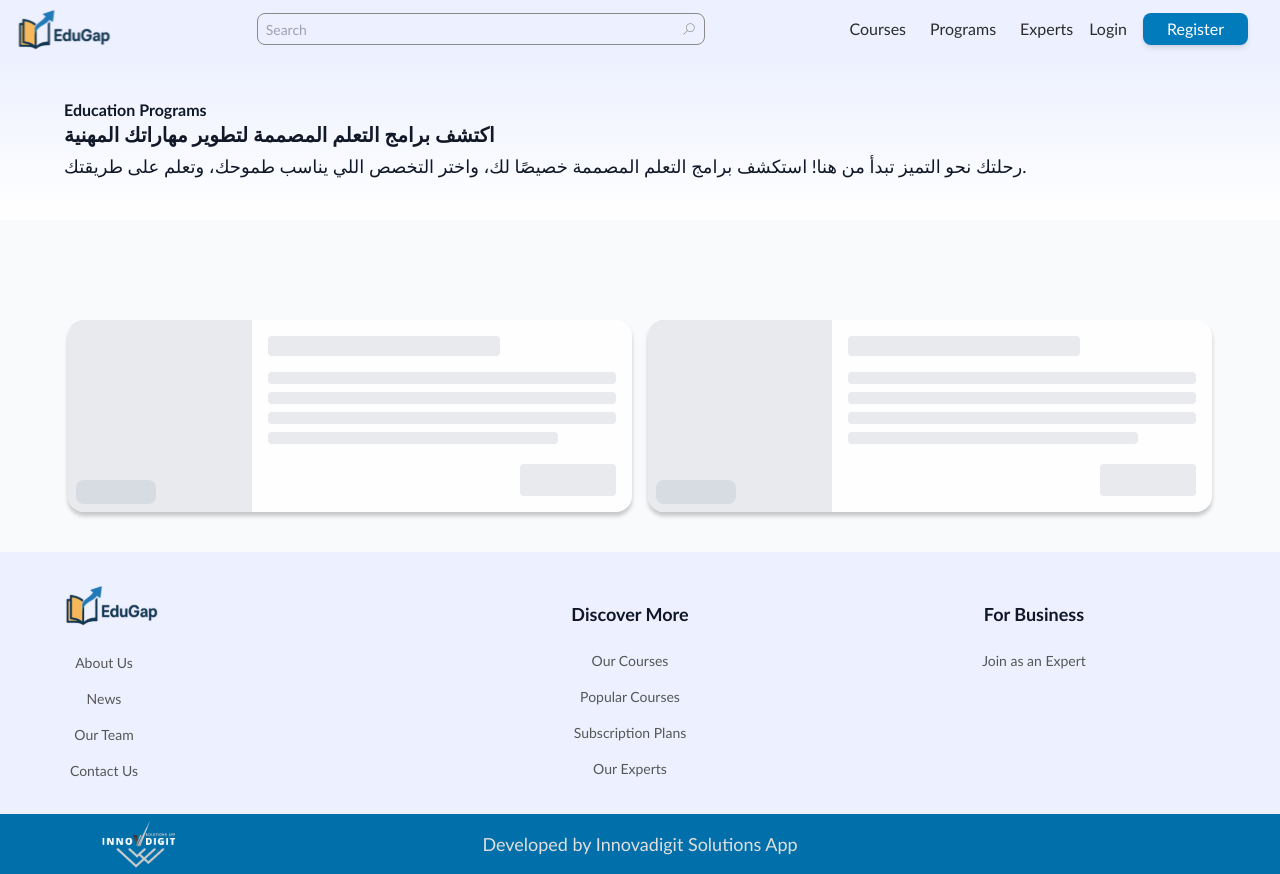
Repository: Yehyv/EduGap-Project
Page: /programs-list
These files come from the project's save history. The page is drawn as it stood at one moment and after the next save; the edit follows.
The browser window is 1280 px wide. The pictures show the whole page.
The page's requests for data from a server got no answer. The project was rebuilt for these pictures with package versions that can differ from the ones it lists, and the page was loaded fresh each time. Some packages were replaced by stand-ins written for this rebuild. No one was signed in, and anything a server would have sent is missing. Also part of the build but not shown: vite.config.ts, src/features/auth/services/authApi.ts, src/shared/utils/AppSwal.tsx, src/shared/utils/ShowMessagesAlert.tsx, src/features/auth/hooks/useLogin.ts, src/features/auth/components/LoginForm.tsx, src/features/auth/index.ts, src/shared/hooks/useClickOutside.ts and 75 more.

Above is the page before, as saved 2025-09-30 15:05:04.

After the next save:
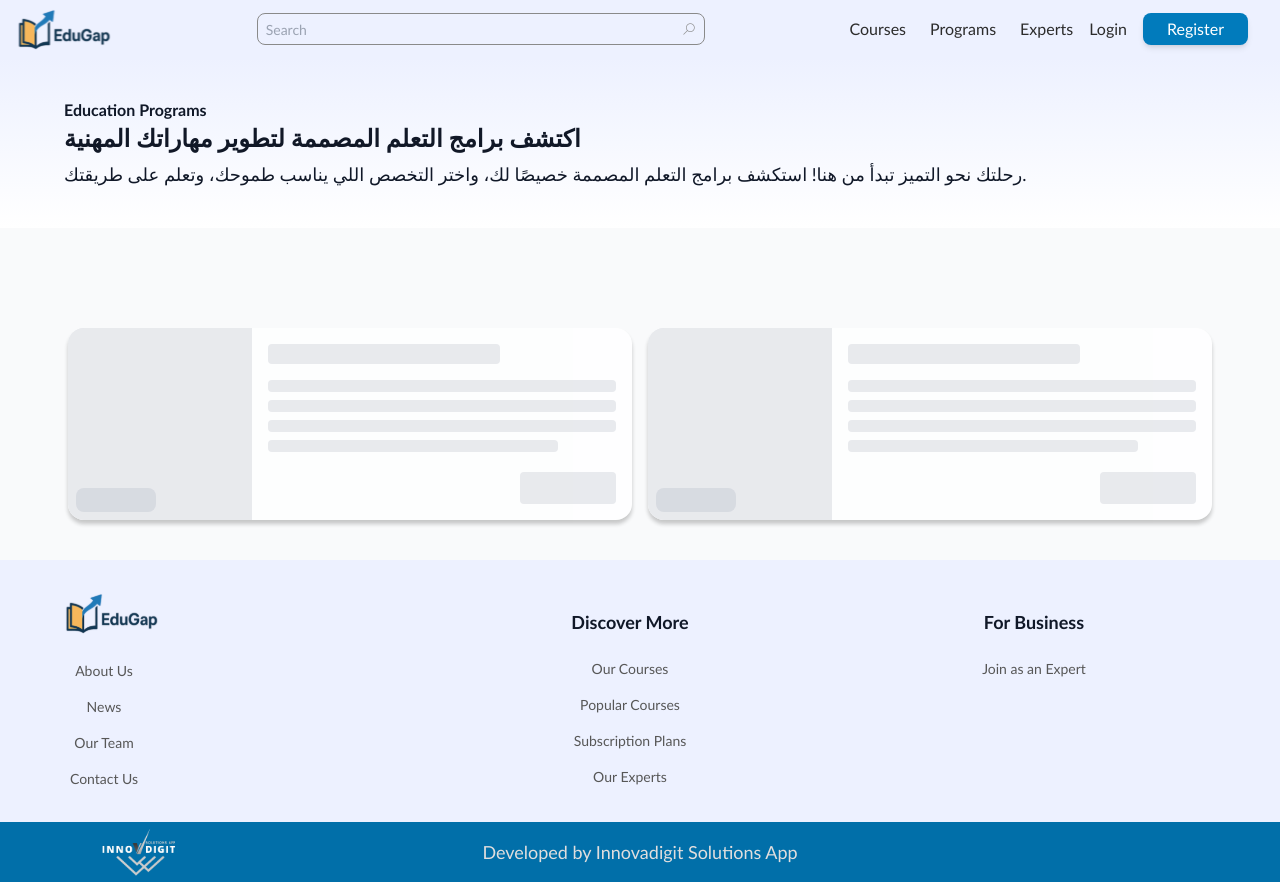
Saved 14 s later.
--- a/src/pages/ProgramsList.tsx
+++ b/src/pages/ProgramsList.tsx
@@ -32,7 +32,7 @@ const GuestPopularCoursesPage = () => {
       <div className="bg-gradient-to-b from-primary to-[white] py-10">
         <div className="container">
           <h5 className="font-bold">{t("programs_title")}</h5>
-          <h4 className="!font-extrabold">
+          <h4 className="text-2xl">
             اكتشف برامج التعلم المصممة لتطوير مهاراتك المهنية
           </h4>
           <p className="text-lg">
